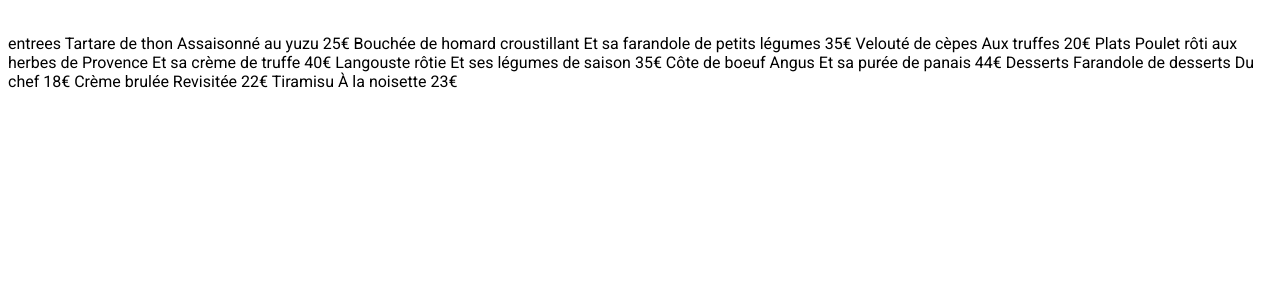
Repository: lysianebo/OHMYFOOD
Page: Le_délice_des sens.html
These files come from the project's save history. The page is drawn as it stood at one moment and after the next save; the edit follows.
The browser window is 1280 px wide. The pictures show the whole page.
Some web fonts or font styles are not loaded; a fallback is used. Some web libraries are served in a nearby version.

Above is the page before, as saved 2022-10-22 16:10:50.

### Le_délice_des sens.html
<!DOCTYPE html>
<html lang="en">
<head>
    <meta charset="UTF-8">
    <meta http-equiv="X-UA-Compatible" content="IE=edge">
    <meta name="viewport" content="width=device-width, initial-scale=1.0">
    <link rel="stylesheet" href="public/css/main.css"/>

    <title>Document</title>
</head>
<body>
    <h1></h1>

    entrees
    Tartare de thon
    Assaisonné au yuzu
    25€

    Bouchée de homard croustillant
    Et sa farandole de petits légumes
    35€

    Velouté de cèpes
    Aux truffes
    20€

    Plats
    Poulet rôti aux herbes de Provence
    Et sa crème de truffe
    40€

    Langouste rôtie
    Et ses légumes de saison
    35€

    Côte de boeuf Angus
    Et sa purée de panais
    44€

    Desserts
    Farandole de desserts
    Du chef
    18€

    Crème brulée
    Revisitée
    22€

    Tiramisu
    À la noisette
    23€

</body>
</html>

### public/css/main.css
@import url("https://fonts.googleapis.com/css2?family=Roboto:wght@400;500;700;900&display=swap");
@import url("https://fonts.googleapis.com/css2?family=Shrikhand&display=swap");
@import url("https://cdnjs.cloudflare.com/ajax/libs/font-awesome/6.1.2/css/all.css");
body {
  font-family: Roboto, sans-serif;
  font-size: 16px;
}

h1 {
  font-family: Shrikhand, sans-serif;
  font-size: 50px;
  font-weight: 700;
  line-height: 1.1;
}

h4 {
  font-family: Shrikhand, sans-serif;
  font-size: 30px;
}

ul {
  list-style-type: none;
  text-decoration: none;
}

span {
  font-family: Roboto, sans-serif;
  font-size: 50px;
}

/*# sourceMappingURL=main.css.map */

After the next save:
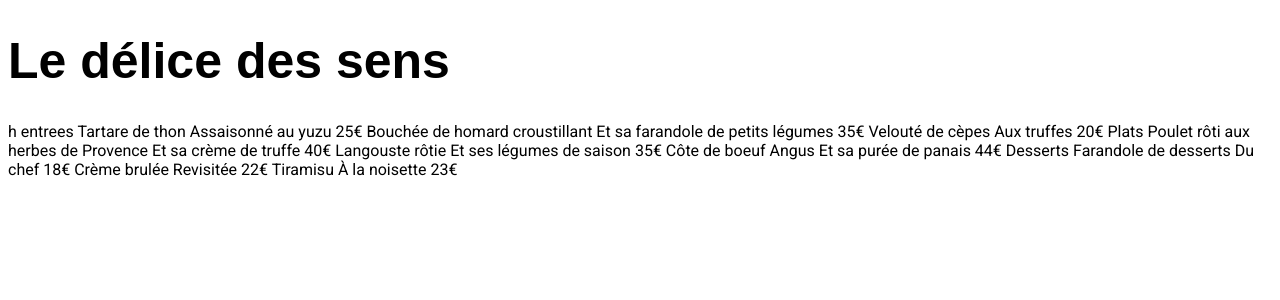
Saved 12 s later.
--- a/Le_délice_des sens.html
+++ b/Le_délice_des sens.html
@@ -9,9 +9,9 @@
     <title>Document</title>
 </head>
 <body>
-    <h1></h1>
+    <h1>Le délice des sens</h1>
 
-    entrees
+   h entrees
     Tartare de thon
     Assaisonné au yuzu
     25€
